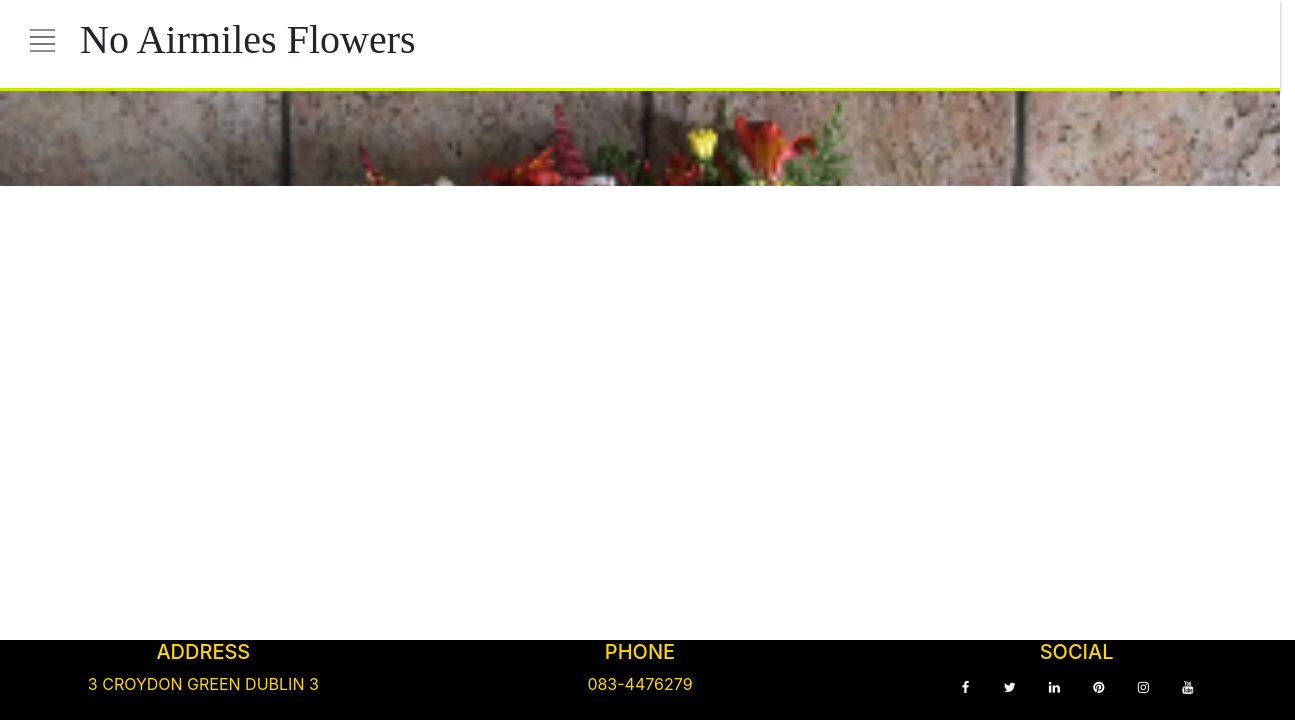
Repository: ConorTC1990/Flowers
Page: wreaths.html
The author's editor kept a record of every edit. The page is drawn from the files as they stood at one moment, then again after the next edit.
The browser window is 1280 px wide. The page is 1295 px wide, so the pictures cover 1295 px, including what lies to the right of the window. The pictures show the whole page.
Some web libraries are served in a nearby version.

Above is the page before.

### wreaths.html
<!DOCTYPE html>
<html lang="en">

<head>
    <meta charset="UTF-8">
    <meta name="viewport" content="width=device-width, initial-scale=1.0">
    <meta http-equiv="X-UA-Compatible" content="ie=edge">
    <link rel="stylesheet" href="https://maxcdn.bootstrapcdn.com/bootstrap/4.2.1/css/bootstrap.min.css" type="text/css" />
    <link rel="stylesheet" href="https://maxcdn.bootstrapcdn.com/font-awesome/4.7.0/css/font-awesome.min.css" type="text/css" />
    <link rel="stylesheet" href="https://cdnjs.cloudflare.com/ajax/libs/hover.css/2.1.1/css/hover-min.css" type="text/css" />
    <link rel="stylesheet" href="assets/css/style.css">
    <title>No Airmiles Flowers</title>
</head>
<body>
<div>
 <div class="collapsible-menu">
            <input type="checkbox" id="menu">
            <label for="menu">No Airmiles Flowers</label>
            <div class="menu-content">
                <ul>
                    <li><a href="index.html">Home</a></li>
                    <li><a href="weddings.html">Weddings</a></li>
                    <li><a href="wreaths.html">Wreaths and Funerals</a></li>
                    <li><a href="contactform.html">Contact</a></li>

                </ul>
            </div>
        </div>




   <div class="WreathsBackground"> </div>




       <div class="videoclass2wreaths">

		        <ul>
		            <li> We supply all sizes of wreaths at this most sensitive time.</li>
		            <li> We can provide custom wreaths for all memorial services</li>
		            <li>Prices start at €22 for Wreaths </li>
		            <li>Please call us at 083-4476279</li>
		            <li><a href="contactform.html">Contact</a></li>
		        </ul>

		</div>



<footer class="container-fluid wreathfooter1">
        <div id="footer-details" class="row">
            <div class="col-sm-4">
                <h5 class="uppercase general-sub">Address</h5>
                <p class="inline-block">
                    3 Croydon Green
                    Dublin 3
                </p>
            </div>
            <div class="col-sm-4">
                <h5 class="uppercase general-sub">Phone</h5>
                <p class="inline-block">
                    083-4476279


                </p>
            </div>
            <div class="col-sm-4">
                <h5 class="uppercase general-sub">Social</h5>
                <ul class="list-inline social-links">
                    <li class="list-inline-item">
                        <a target="_blank" href="#">
                            <i class="fa fa-facebook" aria-hidden="true"></i>
                            <span class="sr-only">Facebook</span>
                        </a>
                    </li>
                    <li class="list-inline-item">
                        <a target="_blank" href="#">
                            <i class="fa fa-twitter" aria-hidden="true"></i>
                            <span class="sr-only">Twitter</span>
                        </a>
                    </li>
                    <li class="list-inline-item">
                        <a target="_blank" href="#">
                            <i class="fa fa-linkedin" aria-hidden="true"></i>
                            <span class="sr-only">LinkedIn</span>
                        </a>
                    </li>
                    <li class="list-inline-item">
                        <a target="_blank" href="#">
                            <i class="fa fa-pinterest" aria-hidden="true"></i>
                            <span class="sr-only">Pinterest</span>
                        </a>
                    </li>
                    <li class="list-inline-item">
                        <a target="_blank" href="#">
                            <i class="fa fa-instagram" aria-hidden="true"></i>
                            <span class="sr-only">Instagram</span>
                        </a>
                    </li>
                    <li class="list-inline-item">
                        <a target="_blank" href="#">
                            <i class="fa fa-youtube" aria-hidden="true"></i>
                            <span class="sr-only">YouTube</span>
                        </a>
                    </li>
                </ul>
            </div>
        </div>


</footer>

</body>

</html>

### assets/css/style.css
@import url('https://fonts.googleapis.com/css?family=Roboto:100,200,300,400,500,600,700|Exo:100,200,300,400,500,600,700');
.mission {
	text-transform: uppercase;
	color: green;
}


/* up for deletion*/

@media (min-width: 1200px) .container {
	max-width: 100%;
}

@media (min-width: 992px) .container {
	max-width: 100%;
}

@media (min-width: 768px) .container {
	max-width: 100%;
}

@media (min-width: 576px) .container {
	max-width: 100%;
}


}

/* up for deletion*/
*,
*:before,
*:after {
	-webkit-box-sizing: border-box;
	-moz-box-sizing: border-box;
	box-sizing: border-box;
}
* {
	margin: 0;
	padding: 0;
}
* {
	margin: 0;
	padding: 0;
}
*,
 ::after,
 ::before {
	box-sizing: border-box;
}

}
.title {
	text-align: center;
	color: white;
}
h3 {
	text-transform: uppercase;
	text-align: center;
	color: green;
	background-color: #FF00FF;
	resize: both;
}

/* Buttons*/
.button {
	background-color: #7CFC00;
	text-align: center;
	color: white;
	width: 25%;
	transition-duration: .9s;
	transition-timing-function: ease-in-out;
	z-index: 1;
}
.button:hover {
	background-color: white;
	color: #7CFC00;
}
a:hover {
	background-color: white;
	color: #7CFC00;
}
.sr-only {
	color: white
}
.list-inline-item {
	color: white
}

#myVideo {
	position: center;
	width: 100%;
	min-height: 100%;
	padding-bottom: 0px;
	padding-right: 0px;
	padding-left: 0px;
}
.col-sm-4 {
	text-align: center;
	border-color: #FF00FF;
}

/* Callout box - fixed position at the bottom of the page */
.callout {
	position:fixed;
	top: 100px;
	right: 100px;
	margin-left: 20px;
	max-width: 300px;
	color: white;
	opacity: 0.8;
}
.callout2 {
	position:fixed;
	top: 500px;
	right: 100px;
	margin-left: 20px;
	max-width: 300px;
	color: white;
	opacity: 0.8;
}
.callout3 {
	position:fixed;
	top: 300px;
	right: 100px;
	margin-left: 250px;
	max-width: 300px;
	color: white;
	opacity: 0.8;
}

.container-fluid {
	alignment-baseline: text-after-edge;
	border:none;
}
.sticky {
	position: static;
	top: 0;
}
body {
	background-color: white;
	padding-left: 0px;
	padding-right: 0px;
}
.list-inline-item {
	text-align: right;
	border-color: black;
}
.address {
	text-align: right;
}
head {
	z-index: 1;
	border-collapse: collapse;
	border-color: white;
}

/* -------------- Navbar --------------- */

/* to keep Navbar in place*/


/* Page content */
.content {
	padding: 16px;
}

/* The sticky class is added to the navbar with JS when it reaches its scroll position */
.sticky {
	position: fixed;
	top: 35px;
	width: 100%;
}
.stickytitle {
	position: fixed;
	top: 0px;
	width: 100%;
	height: 35px;
	z-index: 1;
}

/* Add some top padding to the page content to prevent sudden quick movement (as the navigation bar gets a new position at the top of the page (position:fixed and top:0) */
.sticky+.content {
	padding-top: 60px;
}
.general-sub {
	background-color: black;
	border-color: black;
	padding-left: 0px;
	padding-right: 0px;
	padding-top: 0px;
}
.list-inline-item {
	color: white
}
title sticky {
	top: 25px
}
.buttonsticky {
	padding-right: 25px
}
.footerpin {
	position: bottom 35px
}
container-fluid sticky {
	padding-bottom: 1000px;
}

/* Footer Styles */
.social-links li a i {
	width: 32px;
	height: 32px;
	padding: 12px 0;
	border-radius: 50%;
	font-size: 13px;
	line-height: 7px;
	text-align: center;
	color: white;
	background: black;
	transition: all 0.35s ease-in-out;
	-moz-transition: all 0.35s ease-in-out;
	-webkit-transition: all 0.35s ease-in-out;
	-o-transition: all 0.35s ease-in-out;
}
.social-links li a i:hover {
	background: #7CFC00;
}
footer {
	text-align: center;
	background-color: black;
	color: white;
	text-shadow: none;
	text-transform: uppercase;
	position: fixed;
	position: absolute;
	height: 25px;
	max-height: 10%;
}


/* Wreaths */
.WreathsBackground {
	background-image: url("../images/Wreaths.JPG");
	background-repeat: no-repeat;
	background-size: cover;
	resize: both;
	min-width: 100%;
	min-height: 60%;
	max-width: 100%;
	max-height: 60%;
	padding-top: 35px;
	padding-bottom: 60px;
	padding-right: 0px;
	padding-left: 0px;
	z-index: 0;
}

/* Contact */
.ContactBackground {
	background-image: url("../images/flowers.jpg");
	position: absolute;
	resize: both;
	background-repeat: no-repeat;
	background-size: cover;
	min-width: 100%;
	min-height: 800px;
	padding-top: 35px;
	padding-bottom: 35px;
	padding-right: 0px;
	padding-left: 0px;
	z-index: 0;
}

/* ----------- Contact  form------------------*/
.form-style-1 {
	margin:10px auto;
	max-width: 400px;
	padding: 20px 12px 10px 20px;
	font: 13px "Lucida Sans Unicode",
	"Lucida Grande",
	sans-serif;
}
.form-style-1 li {
	padding: 0;
	display: block;
	list-style: none;
	margin: 10px 0 0 0;
}
.form-style-1 label {
	margin:0 0 3px 0;
	padding:0px;
	display:block;
	font-weight: bold;
}
.form-style-1 input[type=text],
.form-style-1 input[type=date],
.form-style-1 input[type=datetime],
.form-style-1 input[type=number],
.form-style-1 input[type=search],
.form-style-1 input[type=time],
.form-style-1 input[type=url],
.form-style-1 input[type=email],
textarea,
select {
	box-sizing: border-box;
	-webkit-box-sizing: border-box;
	-moz-box-sizing: border-box;
	border:1px solid #BEBEBE;
	padding: 7px;
	margin:0px;
	-webkit-transition: all 0.30s ease-in-out;
	-moz-transition: all 0.30s ease-in-out;
	-ms-transition: all 0.30s ease-in-out;
	-o-transition: all 0.30s ease-in-out;
	outline: none;
}
.form-style-1 input[type=text]:focus,
.form-style-1 input[type=date]:focus,
.form-style-1 input[type=datetime]:focus,
.form-style-1 input[type=number]:focus,
.form-style-1 input[type=search]:focus,
.form-style-1 input[type=time]:focus,
.form-style-1 input[type=url]:focus,
.form-style-1 input[type=email]:focus,
.form-style-1 textarea:focus,
.form-style-1 select:focus {
	-moz-box-shadow: 0 0 8px #88D5E9;
	-webkit-box-shadow: 0 0 8px #88D5E9;
	box-shadow: 0 0 8px #88D5E9;
	border: 1px solid #88D5E9;
}
.form-style-1 .field-divided {
	width: 49%;
}
.form-style-1 .field-long {
	width: 100%;
}
.form-style-1 .field-select {
	width: 100%;
}
.form-style-1 .field-textarea {
	height: 100px;
}
.form-style-1 input[type=submit],
.form-style-1 input[type=button] {
	background: #4B99AD;
	padding: 8px 15px 8px 15px;
	border: none;
	color: #fff;
}
.form-style-1 input[type=submit]:hover,
.form-style-1 input[type=button]:hover {
	background: #4691A4;
	box-shadow:none;
	-moz-box-shadow:none;
	-webkit-box-shadow:none;
}
.form-style-1 .required {
	color:red;
}

/* ----------- Contact  form------------------*/

/* ----------- Weddings Background------------------*/
.WeddingsBackground {
	background-image: url("../images/Weddings.PNG");
	position: fixed;
	resize: both;
	padding-top: 35px;
	padding-bottom: 35px;
	padding-right: 0px;
	padding-left: 0px;
	z-index: -1;
	max-width : 100%;
	max-height: 50%;
	min-width: 100%;
	min-height: 50%;
}

/* ----------- Weddings Background------------------*/

/* ----------- Menu Bar------------------*/
.menu-content {
	font-family: 'Oswald',
	sans-serif;
	padding: 0 0 0 50px;
}
.collapsible-menu {
	background-color: rgb(255,
	255,
	255);
	padding: 0px 30px;
	border-bottom: 3px solid #CDE700;
	box-shadow: 1px 2px 3px rgba(0,
	0,
	0,
	0.2);
	opacity: 1;
}
.collapsible-menu ul {
	list-style-type: none;
	padding: 0;
}
.collapsible-menu a {
	display:block;
	padding: 10px;
	text-decoration: none;
}
.collapsible-menu label {
	font-family: 'Sedgwick Ave Display',
	cursive;
	font-size: 40px;
	display: block;
	cursor: pointer;
	background: url(../images/menu.png) no-repeat left center;
	padding: 10px 0 10px 50px;
}
input#menu {
	display: none;
}
input:checked+label {
	background-image: url(../images/close.png);
}
.menu-content {
	max-height: 0;
	overflow: hidden;
	font-family: 'Oswald',
	sans-serif;
	padding: 0 0 0 50px;
}

/* Toggle Effect */
input:checked~label {
	background-image: url(../images/close.png);
}
input:checked~.menu-content {
	max-height: 100%;
}

/* ----------- Menu Bar------------------*/

/* ----------- Consider for Deletion------------------*/

/* test */
* {
	margin: 0;
	padding: 0;
}

/* Icon 0 */
#nav-icon0 {
	width: 30px;
	height: 35px;
	position: relative;
	margin: 50px auto;
	-webkit-transform: rotate(0deg);
	-moz-transform: rotate(0deg);
	-o-transform: rotate(0deg);
	transform: rotate(0deg);
	-webkit-transition: .5s ease-in-out;
	-moz-transition: .5s ease-in-out;
	-o-transition: .5s ease-in-out;
	transition: .5s ease-in-out;
	cursor: pointer;
}

/* Icon 2 */
#nav-icon0 {}
#nav-icon0 span {
	display: block;
	position: absolute;
	height: 2px;
	width: 50%;
	background: #000;
	opacity: 1;
	-webkit-transform: rotate(0deg);
	-moz-transform: rotate(0deg);
	-o-transform: rotate(0deg);
	transform: rotate(0deg);
	-webkit-transition: .25s ease-in-out;
	-moz-transition: .25s ease-in-out;
	-o-transition: .25s ease-in-out;
	transition: .25s ease-in-out;
}
#nav-icon0 span:nth-child(even) {
	left: 50%;
	border-radius: 0 9px 9px 0;
}
#nav-icon0 span:nth-child(odd) {
	left:0px;
	border-radius: 9px 0 0 9px;
}
#nav-icon0 span:nth-child(1),
#nav-icon0 span:nth-child(2) {
	top: 0px;
}
#nav-icon0 span:nth-child(3),
#nav-icon0 span:nth-child(4) {
	top: 10px;
}
#nav-icon0 span:nth-child(5),
#nav-icon0 span:nth-child(6) {
	top: 20px;
}
#nav-icon0.open span:nth-child(1),
#nav-icon0.open span:nth-child(6) {
	-webkit-transform: rotate(45deg);
	-moz-transform: rotate(45deg);
	-o-transform: rotate(45deg);
	transform: rotate(45deg);
}
#nav-icon0.open span:nth-child(2),
#nav-icon0.open span:nth-child(5) {
	-webkit-transform: rotate(-45deg);
	-moz-transform: rotate(-45deg);
	-o-transform: rotate(-45deg);
	transform: rotate(-45deg);
}
#nav-icon0.open span:nth-child(1) {
	left: 0px;
	top: 9px;
}
#nav-icon0.open span:nth-child(2) {
	left: calc(50% - 5px);
	top: 9px;
}
#nav-icon0.open span:nth-child(3) {
	left: -50%;
	opacity: 0;
}
#nav-icon0.open span:nth-child(4) {
	left: 100%;
	opacity: 0;
}
#nav-icon0.open span:nth-child(5) {
	left: 0px;
	top: 19px;
}
#nav-icon0.open span:nth-child(6) {
	left: calc(50% - 5px);
	top: 19px;
}

/* ----------- Consider for Deletion------------------*/
* {
	margin: 0;
	padding: 0;
}

/* Icon 1 */
#nav-icon1,
#nav-icon2,
#nav-icon3,
#nav-icon4 {
	width: 60px;
	height: 45px;
	position: relative;
	margin: 50px auto;
	-webkit-transform: rotate(0deg);
	-moz-transform: rotate(0deg);
	-o-transform: rotate(0deg);
	transform: rotate(0deg);
	-webkit-transition: .5s ease-in-out;
	-moz-transition: .5s ease-in-out;
	-o-transition: .5s ease-in-out;
	transition: .5s ease-in-out;
	cursor: pointer;
}
#nav-icon1 span,
#nav-icon3 span,
#nav-icon4 span {
	display: block;
	position: absolute;
	height: 9px;
	width: 100%;
	background: #d3531a;
	border-radius: 9px;
	opacity: 1;
	left: 0;
	-webkit-transform: rotate(0deg);
	-moz-transform: rotate(0deg);
	-o-transform: rotate(0deg);
	transform: rotate(0deg);
	-webkit-transition: .25s ease-in-out;
	-moz-transition: .25s ease-in-out;
	-o-transition: .25s ease-in-out;
	transition: .25s ease-in-out;
}
#nav-icon1 span:nth-child(1) {
	top: 0px;
}
#nav-icon1 span:nth-child(2) {
	top: 18px;
}
#nav-icon1 span:nth-child(3) {
	top: 36px;
}
#nav-icon1.open span:nth-child(1) {
	top: 18px;
	-webkit-transform: rotate(135deg);
	-moz-transform: rotate(135deg);
	-o-transform: rotate(135deg);
	transform: rotate(135deg);
}
#nav-icon1.open span:nth-child(2) {
	opacity: 0;
	left: -60px;
}
#nav-icon1.open span:nth-child(3) {
	top: 18px;
	-webkit-transform: rotate(-135deg);
	-moz-transform: rotate(-135deg);
	-o-transform: rotate(-135deg);
	transform: rotate(-135deg);
}

/* Icon 2 */
#nav-icon2 {}
#nav-icon2 span {
	display: block;
	position: absolute;
	height: 9px;
	width: 50%;
	background: #d3531a;
	opacity: 1;
	-webkit-transform: rotate(0deg);
	-moz-transform: rotate(0deg);
	-o-transform: rotate(0deg);
	transform: rotate(0deg);
	-webkit-transition: .25s ease-in-out;
	-moz-transition: .25s ease-in-out;
	-o-transition: .25s ease-in-out;
	transition: .25s ease-in-out;
}
#nav-icon2 span:nth-child(even) {
	left: 50%;
	border-radius: 0 9px 9px 0;
}
#nav-icon2 span:nth-child(odd) {
	left:0px;
	border-radius: 9px 0 0 9px;
}
#nav-icon2 span:nth-child(1),
#nav-icon2 span:nth-child(2) {
	top: 0px;
}
#nav-icon2 span:nth-child(3),
#nav-icon2 span:nth-child(4) {
	top: 18px;
}
#nav-icon2 span:nth-child(5),
#nav-icon2 span:nth-child(6) {
	top: 36px;
}
#nav-icon2.open span:nth-child(1),
#nav-icon2.open span:nth-child(6) {
	-webkit-transform: rotate(45deg);
	-moz-transform: rotate(45deg);
	-o-transform: rotate(45deg);
	transform: rotate(45deg);
}
#nav-icon2.open span:nth-child(2),
#nav-icon2.open span:nth-child(5) {
	-webkit-transform: rotate(-45deg);
	-moz-transform: rotate(-45deg);
	-o-transform: rotate(-45deg);
	transform: rotate(-45deg);
}
#nav-icon2.open span:nth-child(1) {
	left: 5px;
	top: 7px;
}
#nav-icon2.open span:nth-child(2) {
	left: calc(50% - 5px);
	top: 7px;
}
#nav-icon2.open span:nth-child(3) {
	left: -50%;
	opacity: 0;
}
#nav-icon2.open span:nth-child(4) {
	left: 100%;
	opacity: 0;
}
#nav-icon2.open span:nth-child(5) {
	left: 5px;
	top: 29px;
}
#nav-icon2.open span:nth-child(6) {
	left: calc(50% - 5px);
	top: 29px;
}

/* Icon 3 */
#nav-icon3 span:nth-child(1) {
	top: 0px;
}
#nav-icon3 span:nth-child(2),
#nav-icon3 span:nth-child(3) {
	top: 18px;
}
#nav-icon3 span:nth-child(4) {
	top: 36px;
}
#nav-icon3.open span:nth-child(1) {
	top: 18px;
	width: 0%;
	left: 50%;
}
#nav-icon3.open span:nth-child(2) {
	-webkit-transform: rotate(45deg);
	-moz-transform: rotate(45deg);
	-o-transform: rotate(45deg);
	transform: rotate(45deg);
}
#nav-icon3.open span:nth-child(3) {
	-webkit-transform: rotate(-45deg);
	-moz-transform: rotate(-45deg);
	-o-transform: rotate(-45deg);
	transform: rotate(-45deg);
}
#nav-icon3.open span:nth-child(4) {
	top: 18px;
	width: 0%;
	left: 50%;
}

/* Icon 4 */
#nav-icon4 {}
#nav-icon4 span:nth-child(1) {
	top: 0px;
	-webkit-transform-origin: left center;
	-moz-transform-origin: left center;
	-o-transform-origin: left center;
	transform-origin: left center;
}
#nav-icon4 span:nth-child(2) {
	top: 18px;
	-webkit-transform-origin: left center;
	-moz-transform-origin: left center;
	-o-transform-origin: left center;
	transform-origin: left center;
}
#nav-icon4 span:nth-child(3) {
	top: 36px;
	-webkit-transform-origin: left center;
	-moz-transform-origin: left center;
	-o-transform-origin: left center;
	transform-origin: left center;
}
#nav-icon4.open span:nth-child(1) {
	-webkit-transform: rotate(45deg);
	-moz-transform: rotate(45deg);
	-o-transform: rotate(45deg);
	transform: rotate(45deg);
	top: -3px;
	left: 8px;
}
#nav-icon4.open span:nth-child(2) {
	width: 0%;
	opacity: 0;
}
#nav-icon4.open span:nth-child(3) {
	-webkit-transform: rotate(-45deg);
	-moz-transform: rotate(-45deg);
	-o-transform: rotate(-45deg);
	transform: rotate(-45deg);
	top: 39px;
	left: 8px;
}

/* ----------- Consider for Deletion------------------*/
.container {
	padding-right: 0px;
	padding-left: 0px;
	margin-right: auto;
	margin-left: auto;
}
.videoclass {
	min-height: 100%;
	min-width: 100%;
	padding-bottom: 60px;
}
@media (max-width: 40em) {
	.videoclass {
		display: none;
	}
}
@media (max-width: 40em) {
	.WreathsBackground {
		display: none;
	}
}
@media (min-width: 40em) {
	.videoclass2paddingweddings {
		display: none;
	}
}
@media (min-width: 40em) {
	.videoclass2 {
		display: none;
	}
}
@media (min-width: 40em) {
	.videoclass2wreaths {
		display: none;
	}
}
@media (max-width: 40em) {
	.callout {
		display: none;
	}
}
@media (max-width: 70em) {
	.callout2 {
		display: none;
	}
}
@media (max-width: 40em) {
	.WeddingsBackground {
		display: none;
	}
}
@media (max-width: 40em) {
	.callout3 {
		display: none;
	}
}
.videoclass2 {
	background-image:url("../images/flowers.jpg");
	width: 100%;
	height: 100%;
	min-height: 625px;
	opacity: 1;
	text-size: 30px;
	text-transform: uppercase;
	color: white;
	list-style: circle;
	line-height:!important;
	25px;
	text-align: center;
}
.videoclass2weddings {
	background-image:url("../images/wedding flowers.jpg");
	width: 100%;
	height: 100%;
	background-repeat: no-repeat;
	background-size: cover;
	min-height: 675px;
	opacity: 1;
	text-size: 30px;
	text-transform: uppercase;
	color: black;
	list-style: circle;
	line-height:!important;
	25px;
	text-align: center;
	padding-top: 30px;
	z-index: 2;
}
.videoclass2weddings {
	padding-top: 60px
}
@media (min-width: 40em) {
	.videoclass2 {
		display: none;
	}



}
.videoclass2wreaths {
	background-image:url("../images/Wreaths.1.JPG");
	width: 100%;
	height: 100%;
	min-height: 675px;
	opacity: 1;
	text-size: 30px;
	text-transform: uppercase;
	color: white;
	list-style: circle;
	line-height:!important;
	25px;
	text-align: center;
	padding-top: 35px;
}
.videoclass2weddings {
	padding-top: 0px
}
@media (min-width: 40em) {
	.videoclass2weddings {
		display: none;
	}
}
@media (max-width: 40em) {
	h4 {
		display: none;
	}
}
.container-fluid {
	width: 100%;
	padding-right: 0px;
	padding-left: 0px;
	margin-right: auto;
	margin-left: auto;
}
.wreathfooter {
    background: fixed;
    text-align: center;
    background-color: black;
    color: gold;
    text-shadow: none;
    text-transform: uppercase;
    position: relative;
    height: 80px;
    max-height: 20%;
    bottom: 0px;
}
.general-sub {
	background-color: black;
	border-color: black;
	padding-left: 0px;
	padding-right: 0px;
	padding-top: 0px;
}
.col-sm-4 {
	text-align: center;
	/* border-color: #FF00FF; */
	background-color: black;
}
.list-inline-item {
	color: black;
}
.list-inline-item {
	text-align: right;
	border-color: black;
}


body{
  display:flex;
  flex-direction:column;
}

footer{
  margin-top:auto;
}

.informationsection{position: relative}
.wreathfooter1 {
    background: fixed;
    text-align: center;
    background-color: black;
    color: gold;
    text-shadow: none;
    text-transform: uppercase;
    position: absolute;
    height: 80px;
    max-height: 20%;
    bottom: 0px;
}

.contactfooter {

    background: fixed;
    text-align: center;
    background-color: black;
    color: gold;
    text-shadow: none;
    text-transform: uppercase;
    position: fixed;
    height: 80px;
    max-height: 20%;
    bottom: 0px;
    position: fixed;
}
}

@media (max-width: 40em) {
	.contactfooter {
		display: none;
	}

	.collapsible-menu {
    background-color: rgb(255, 255, 255);
    padding: 0px 30px;
    border-bottom: 3px solid #CDE700;
    box-shadow: 1px 2px 3px rgba(0, 0, 0, 0.2);
    opacity: 1;
    z-index: 2;
}

.ContactBackground {
    background-image: url(../images/flowers.jpg);
    position: absolute;
    resize: both;
    background-repeat: no-repeat;
    background-size: cover;
    min-width: 100%;
    min-height: 800px;
    padding-top: 120px;
    padding-bottom: 35px;
    padding-right: 0px;
    padding-left: 0px;
    z-index: 0;
}
.infowreaths {
	padding-bottom: 300px;
    padding-top: 835px;
    padding-right: 35px;
    z-index: 1;
}

.collapsible-menu {
    background-color: rgb(255, 255, 255);
    padding: 0px 30px;
    border-bottom: 3px solid #CDE700;
    box-shadow: 1px 2px 3px rgba(0, 0, 0, 0.2);
    opacity: 1;
    z-index: 1;
}

.contactfooter {
    background: fixed;
    text-align: center;
    background-color: black;
    color: gold;
    text-shadow: none;
    text-transform: uppercase;

    height: 75px;
    max-height: 20%;
    bottom: 0px;
    position: fixed;
    z-index: 0;
}

After the next edit:
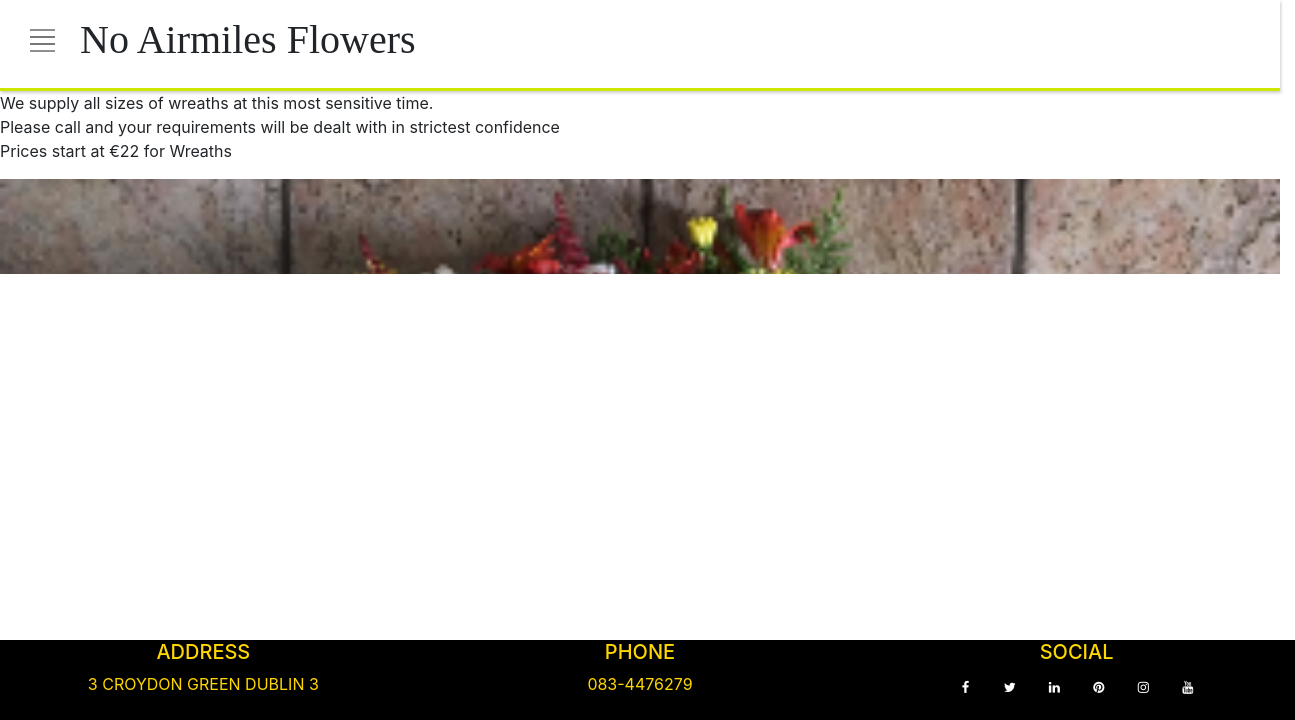
The edit:
--- a/wreaths.html
+++ b/wreaths.html
@@ -25,9 +25,18 @@
 
                 </ul>
             </div>
+
+        </div>
         </div>
 
+	<div id="informationsectionwreaths">
+		<ul>
+		  <li> We supply all sizes of wreaths at this most sensitive time.</li>
+		  <li> Please call and your requirements will be dealt with in strictest confidence</li>
+		  <li>Prices start at €22 for Wreaths</li>
+		</ul>
 
+	    </div>
 
 
    <div class="WreathsBackground"> </div>
